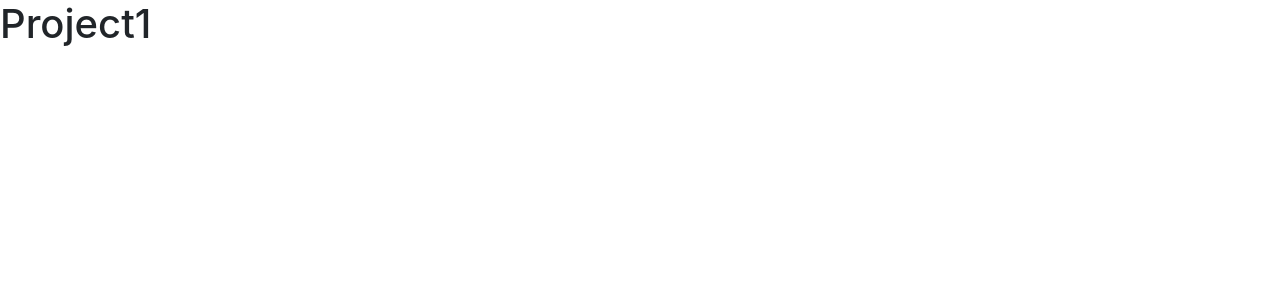
Repository: PGVlasov/react-hooks-petr
Page: /
These files come from the project's save history. The page is drawn as it stood at one moment and after the next save; the edit follows.
The browser window is 1280 px wide. The pictures show the whole page.
The project was rebuilt for these pictures with package versions that can differ from the ones it lists, and the page was loaded fresh each time. Also part of the build but not shown: src/App.css.

Above is the page before, as saved 2020-10-15 12:11:26.

After the next save:
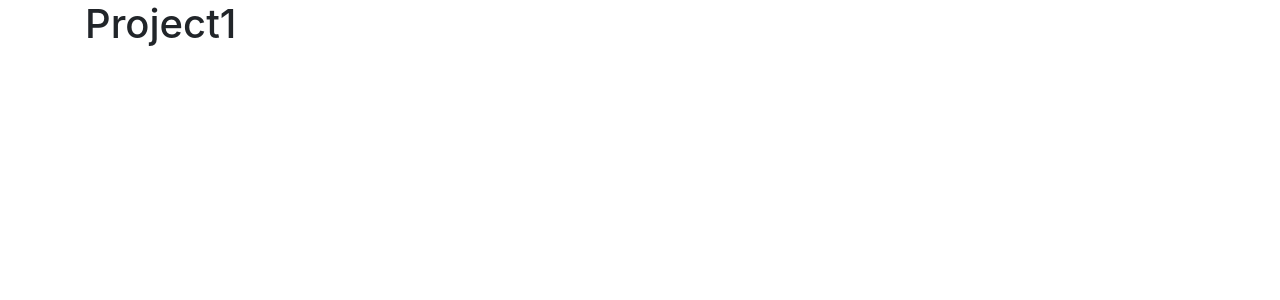
Saved 24 s later.
--- a/src/App.js
+++ b/src/App.js
@@ -4,7 +4,7 @@ import "./App.css";
 
 function App() {
   return (
-    <div>
+    <div className="container pt4">
       <h1>Project1</h1>
     </div>
   );
